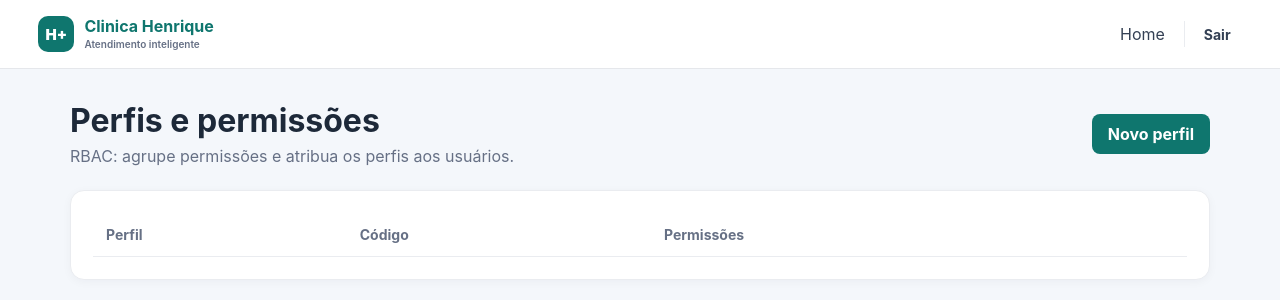
Repository: henrickrufino91/Atendimento-Inteligente
Page: http://localhost/admin/perfis/lista
These files come from the project's save history. The page is drawn as it stood at one moment and after the next save; the edit follows.
The browser window is 1280 px wide. The pictures show the whole page.
The page is this project's Thymeleaf template; nobody is signed in. The template is opened directly, without the code that normally fills it, so the values that code supplies are empty.

Above is the page before, as saved 2026-09-18 14:26:47.

### projeto/src/main/resources/templates/admin/perfis/lista.html
<!DOCTYPE html>
<html lang="pt-br" xmlns:th="http://www.thymeleaf.org">
<head>
<meta charset="UTF-8">
<meta name="viewport" content="width=device-width,initial-scale=1">
<title>Perfis e permissões</title>
<link rel="stylesheet" th:href="@{/css/app.css}">
</head>
<body>
	<nav th:replace="~{fragments :: nav}"></nav>
	<main class="container">
		<div class="page-head">
			<div>
				<h1>Perfis e permissões</h1>
				<p>RBAC: agrupe permissões e atribua os perfis aos usuários.</p>
			</div>
			<a class="primary btn" th:href="@{/admin/perfis/novo}">Novo
				perfil</a>
		</div>
		<div class="alert success" th:if="${sucesso}" th:text="${sucesso}"></div>
		<section class="panel">
			<table>
				<thead>
					<tr>
						<th>Perfil</th>
						<th>Código</th>
						<th>Permissões</th>
						<th></th>
					</tr>
				</thead>
				<tbody>
					<tr th:each="p:${perfis}">
						<td><strong th:text="${p.nome}"></strong><br>
						<small th:text="${p.descricao}"></small></td>
						<td><code th:text="${p.codigo}"></code></td>
						<td><span
							th:text="${#sets.size(p.permissoes)} + ' permissões'"></span></td>
						<td><a class="btn secondary"
							th:href="@{/admin/perfis/{id}/editar(id=${p.id})}">Editar</a></td>
					</tr>
				</tbody>
			</table>
		</section>
	</main>
</body>
</html>

### projeto/src/main/resources/templates/fragments.html
<!DOCTYPE html>
<html xmlns:th="http://www.thymeleaf.org" xmlns:sec="http://www.thymeleaf.org/extras/spring-security">
<body>
<nav th:fragment="nav" class="topbar">
  <div class="nav-shell">
    <a class="brand" th:href="@{/}">
      <span class="brand-mark">H+</span>
      <span class="brand-copy"><strong>Clinica Henrique</strong><small>Atendimento inteligente</small></span>
    </a>

    <button type="button" class="nav-toggle" aria-label="Abrir menu" aria-expanded="false" onclick="toggleMainMenu(this)">
      <span></span><span></span><span></span>
    </button>

    <div class="links" id="main-nav">
      <a class="nav-home nav-item" data-menu-path="/" th:href="@{/}">Home</a>

      <details class="nav-group" sec:authorize="hasAnyAuthority('PACIENTE_VISUALIZAR','AGENDAMENTO_VISUALIZAR','FILA_VISUALIZAR')">
        <summary>Atendimento <span class="chevron">⌄</span></summary>
        <div class="nav-dropdown">
          <div class="nav-section-title">Fluxo de entrada</div>
          <a class="nav-item" data-menu-path="/fila-senhas" sec:authorize="hasAuthority('FILA_VISUALIZAR')" th:href="@{/fila-senhas}"><b>Fila de senhas</b><small>Emissão, chamada e acompanhamento</small></a>
          <a class="nav-item" data-menu-path="/agendamentos" sec:authorize="hasAuthority('AGENDAMENTO_VISUALIZAR')" th:href="@{/agendamentos}"><b>Agendamentos</b><small>Agenda de consultas e retornos</small></a>
          <a class="nav-item" data-menu-path="/pacientes" sec:authorize="hasAuthority('PACIENTE_VISUALIZAR')" th:href="@{/pacientes}"><b>Pacientes</b><small>Cadastro e consulta</small></a>
        </div>
      </details>

      <details class="nav-group" sec:authorize="hasAnyAuthority('RISCO_CLASSIFICAR','ATENDIMENTO_VISUALIZAR')">
        <summary>Clínico <span class="chevron">⌄</span></summary>
        <div class="nav-dropdown">
          <div class="nav-section-title">Assistência</div>
          <a class="nav-item" data-menu-path="/classificacao-risco" sec:authorize="hasAuthority('RISCO_CLASSIFICAR')" th:href="@{/classificacao-risco}"><b>Classificação de risco</b><small>Triagem e priorização clínica</small></a>
          <a class="nav-item" data-menu-path="/atendimentos" sec:authorize="hasAuthority('ATENDIMENTO_VISUALIZAR')" th:href="@{/atendimentos}"><b>Atendimentos</b><small>Prontuário e histórico clínico</small></a>
        </div>
      </details>

      <details class="nav-group" sec:authorize="hasAnyAuthority('RELATORIO_VISUALIZAR','PAINEL_GERENCIAL_VISUALIZAR')">
        <summary>Gestão <span class="chevron">⌄</span></summary>
        <div class="nav-dropdown nav-dropdown-right">
          <div class="nav-section-title">Indicadores e decisão</div>
          <a class="nav-item" data-menu-path="/relatorios" data-exact-exclude="/relatorios/tempo-real" sec:authorize="hasAuthority('RELATORIO_VISUALIZAR')" th:href="@{/relatorios}"><b>Relatórios e indicadores</b><small>Análises, gráficos e exportações</small></a>
          <a class="nav-item" data-menu-path="/relatorios/tempo-real" sec:authorize="hasAuthority('PAINEL_GERENCIAL_VISUALIZAR')" th:href="@{/relatorios/tempo-real}"><b>Painel em tempo real</b><small>Operação atualizada automaticamente</small></a>
        </div>
      </details>

      <details class="nav-group admin-group" sec:authorize="hasRole('ADMIN')">
        <summary>Administração <span class="chevron">⌄</span></summary>
        <div class="nav-dropdown nav-dropdown-right">
          <div class="nav-section-title">Acesso e segurança</div>
          <a class="nav-item" data-menu-path="/admin/usuarios" th:href="@{/admin/usuarios}"><b>Usuários</b><small>Contas, status e perfis</small></a>
          <a class="nav-item" data-menu-path="/admin/perfis" th:href="@{/admin/perfis}"><b>Perfis e permissões</b><small>Controle de acesso por função</small></a>
        </div>
      </details>

      <div class="nav-divider"></div>
      <form class="logout-form" th:action="@{/logout}" method="post"><button class="linkbtn">Sair</button></form>
    </div>
  </div>

  <script th:inline="javascript">
    function toggleMainMenu(button) {
      const nav = document.getElementById('main-nav');
      const opened = nav.classList.toggle('open');
      button.setAttribute('aria-expanded', opened ? 'true' : 'false');
    }
    document.addEventListener('DOMContentLoaded', function () {
      const path = window.location.pathname;
      let best = null;
      document.querySelectorAll('[data-menu-path]').forEach(function (item) {
        const base = item.dataset.menuPath;
        const excluded = item.dataset.exactExclude;
        const matches = base === '/' ? path === '/' : path === base || path.startsWith(base + '/');
        if (matches && (!excluded || !(path === excluded || path.startsWith(excluded + '/')))) {
          if (!best || base.length > best.dataset.menuPath.length) best = item;
        }
      });
      if (best) {
        best.classList.add('active');
        const group = best.closest('details.nav-group');
        if (group) group.classList.add('active-group');
      }

      document.querySelectorAll('.nav-group').forEach(function (group) {
        group.addEventListener('toggle', function () {
          if (!group.open || window.innerWidth <= 900) return;
          document.querySelectorAll('.nav-group[open]').forEach(function (other) {
            if (other !== group) other.removeAttribute('open');
          });
        });
      });
    });
  </script>
</nav>
</body>
</html>

Loaded but not shown: projeto/src/main/resources/static/css/app.css (library)

After the next save:
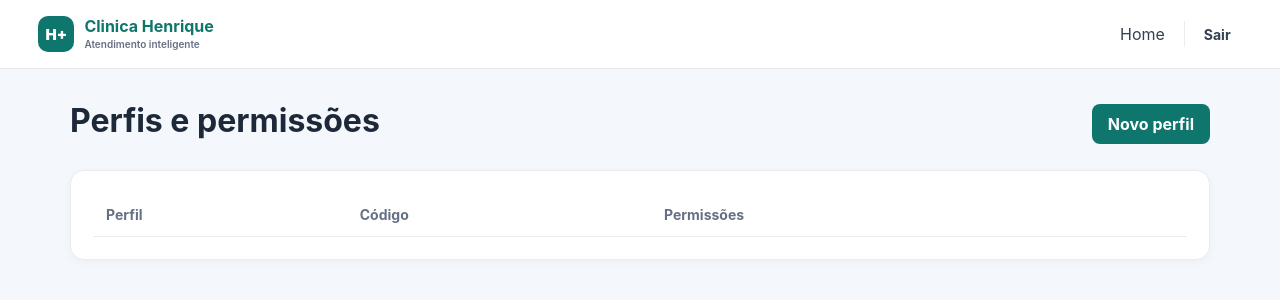
Saved 6 s later.
--- a/projeto/src/main/resources/templates/admin/perfis/lista.html
+++ b/projeto/src/main/resources/templates/admin/perfis/lista.html
@@ -12,7 +12,7 @@
 		<div class="page-head">
 			<div>
 				<h1>Perfis e permissões</h1>
-				<p>RBAC: agrupe permissões e atribua os perfis aos usuários.</p>
+
 			</div>
 			<a class="primary btn" th:href="@{/admin/perfis/novo}">Novo
 				perfil</a>
